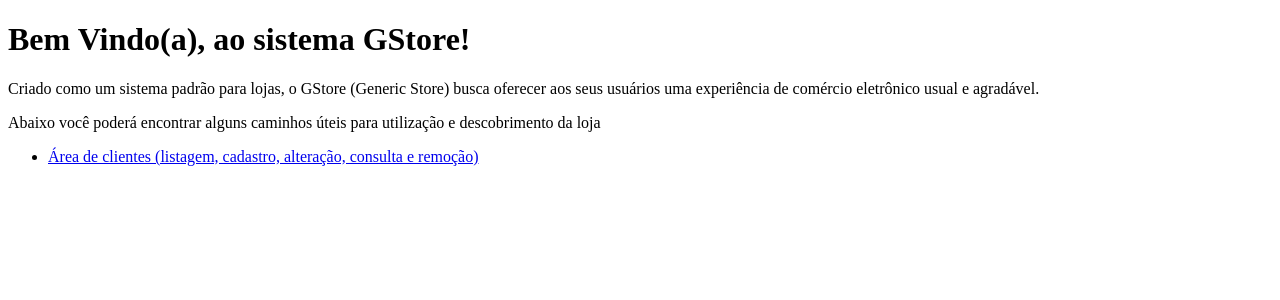
Repository: ElizeusRamos/gstore
Page: GStoreWorkspace/GStoreWeb/WebContent/index.html
The author's editor kept a copy of each file at every save. The page is drawn from the files as they stood at one save, then again after the next save.
The browser window is 1280 px wide. The pictures show the whole page.

Above is the page before, as saved 2022-05-29 13:31:34.

After the next save:
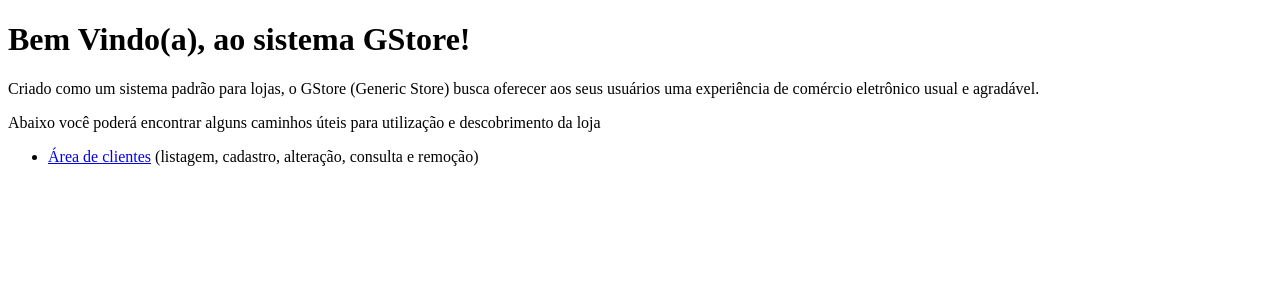
Saved 19 s later.
--- a/GStoreWorkspace/GStoreWeb/WebContent/index.html
+++ b/GStoreWorkspace/GStoreWeb/WebContent/index.html
@@ -15,7 +15,7 @@
 		</p>
 		<p>
 			<ul>
-				<li><a href="#">Área de clientes (listagem, cadastro, alteração, consulta e remoção)</a></li>
+				<li><a href="#">Área de clientes</a> (listagem, cadastro, alteração, consulta e remoção)</li>
 			</ul>
 		</p>
 	</body>
